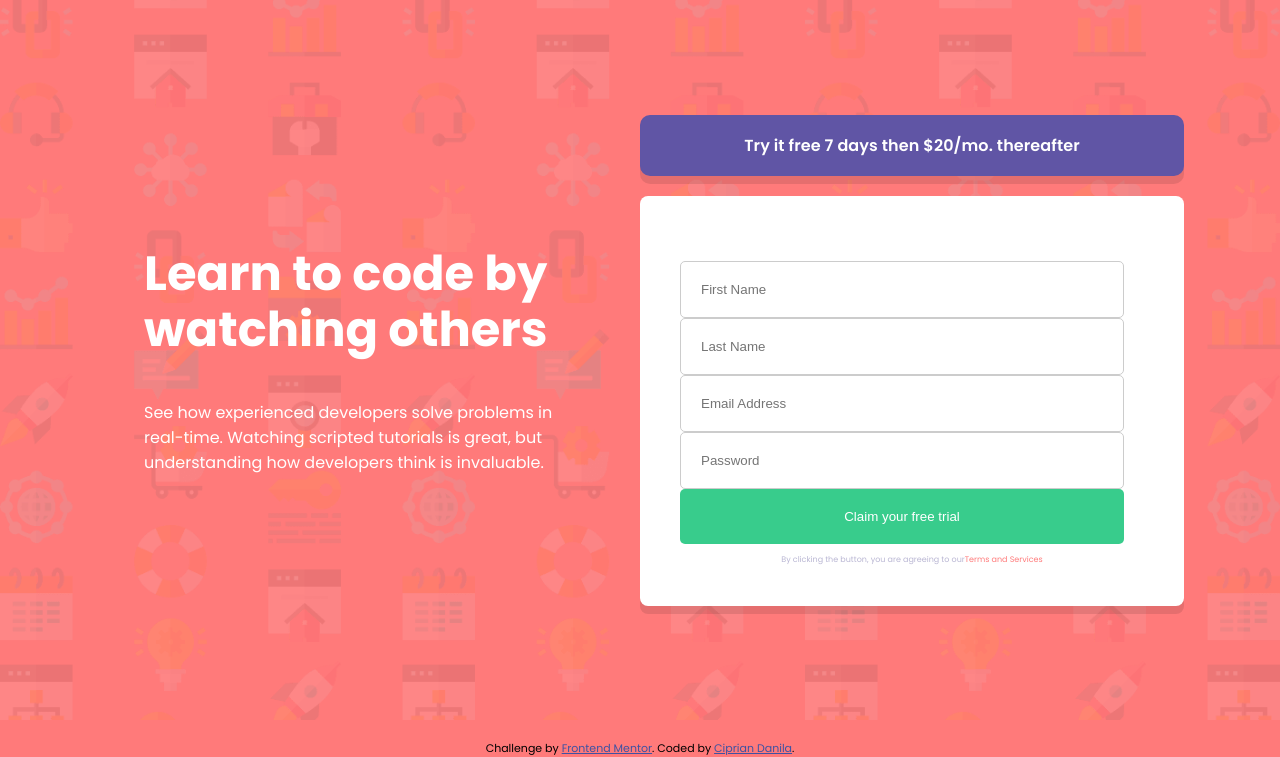
Repository: cipdanila/intro-component-with-sign-up-form
Page: index.html
These files come from the project's save history. The page is drawn as it stood at one moment and after the next save; the edit follows.
The browser window is 1280 px wide. The pictures show the whole page.

Above is the page before, as saved 2024-02-14 15:07:17.

### index.html
<!DOCTYPE html>
<html lang="en">
    <head>
        <meta charset="UTF-8" />
        <meta name="viewport" content="width=device-width, initial-scale=1.0" />
        <!-- displays site properly based on user's device -->

        <link rel="icon" type="image/png" sizes="32x32" href="./images/favicon-32x32.png" />
        <link rel="stylesheet" href="styles.css" />
        <title>Frontend Mentor | Intro component with sign up form</title>
    </head>
    <body>
        <main>
            <div class="container">
                <section class="info">
                    <h1>Learn to code by watching others</h1>
                    <p>
                        See how experienced developers solve problems in real-time. Watching scripted tutorials is great, but
                        understanding how developers think is invaluable.
                    </p>
                </section>
                <section class="container-form">
                    <h2>Try it free 7 days then $20/mo. thereafter</h2>
                    <div class="form">
                        <form action="">
                            <label for="fname"> </label><br />
                            <input type="text" name="fname" id="fname" class="input-field" placeholder="First Name" required />
                            <span class="error-message" id="fname-error">First Name cannot be empty</span>
                            <label for="lname"> </label><br />
                            <input type="text" name="lname" id="lname" placeholder="Last Name" required />
                            <span class="error-message" id="lname-error">Last Name cannot be empty</span>
                            <label for="email"> </label><br />
                            <input type="email" name="email" id="email" placeholder="Email Address" required />
                            <span class="error-message" id="email-error">Looks like this is not an email</span>
                            <span class="error-message" id="email-error2">Email Adress cannot be empty</span>
                            <label for="password"></label>
                            <input type="password" name="password" id="password" placeholder="Password" required />
                            <span class="error-message" id="password-error">Password cannot be empty</span>
                            <input type="button" id="google-login-button" value="Claim your free trial" />
                            <p>By clicking the button, you are agreeing to our <span>Terms and Services</span></p>
                        </form>
                    </div>
                </section>
            </div>
        </main>

        <footer>
            <div class="attribution">
                Challenge by
                <a
                    href="https://www.frontendmentor.io/challenges/intro-component-with-signup-form-5cf91bd49edda32581d28fd1/hub"
                    target="_blank"
                    rel="noopener noreferer"
                    >Frontend Mentor</a
                >. Coded by <a href="https://github.com/cipdanila" target="_blank" rel="noopener noreferer">Ciprian Danila</a>.
            </div>
        </footer>
    </body>
</html>

### styles.css
@import url("https://fonts.googleapis.com/css2?family=Poppins:wght@400;500;600;700&display=swap");

:root {
    /* Colors */
    /* Primary */
    --red: hsl(0, 100%, 74%);
    --green: hsl(154, 59%, 51%);
    /* Accent */
    --blue: hsl(248, 32%, 49%);
    /* Neutral */
    --dark-blue: hsl(249, 10%, 26%);
    --grayish-blue: hsl(246, 25%, 77%);
    --white: #fff;
    /* Other variables */
    --font-size-base: 1rem; /* 16px */
    --font-weight-base: 400;
}

*,
*::after,
*::before {
    margin: 0;
    padding: 0;
    box-sizing: border-box;
}

body,
html {
    font-family: "Poppins", sans-serif;
    font-size: var(--font-size-base);
    font-weight: var(--font-weight-base);
    background-color: var(--red);
}
main {
    display: flex;
    justify-content: center;
    align-items: center;
    height: 100vh;
    background-color: var(--red);
    background-image: url("./images/bg-intro-desktop.png");
    background-size: cover;
    background-position: center;
    width: 100%;
}

.container {
    display: flex;
    flex-direction: row;
    align-items: center;
    justify-content: center;
    padding: 6rem;
}

section {
    max-width: 100%;
    width: 50%;
    display: flex;
    flex-direction: column;
    align-items: center;
    justify-content: center;
}

.info {
    padding: 2rem;
}

.form {
    background-color: #fff;
    padding: 2.5rem;
    border-radius: 0.5rem;
    box-shadow: rgba(0, 0, 0, 0.1) 0px 0.5rem;
    display: flex;
    flex-direction: column;
    align-items: center;
    justify-content: center;
}

h1 {
    font-size: 3rem;
    font-weight: 700;
    color: #fff;
    line-height: 3.5rem;
    padding: 1rem;
}

.info p {
    color: var(--white);
    padding: 1rem;
}

h2 {
    width: 100%;
    font-size: 1rem;
    font-weight: 600;
    letter-spacing: 0.1px;
    box-shadow: rgba(0, 0, 0, 0.1) 0px 0.5rem;
    display: flex;
    align-items: center;
    justify-content: center;
    background-color: var(--blue);
    color: #fff;
    padding: 1.125rem;
    border-radius: 0.625rem;
    margin-bottom: 1.25rem;
}

p {
    margin-top: 10px;
}


input[type="text"],
input[type="email"],
input[type="password"],
input[type="button"] {
    width: calc(100% - 1.25rem);
    padding: 1.25rem;
    /* margin: 10px; */
    border-radius: 5px;
    border: 1px solid #ccc;
    color: var(--dark-blue);
}

input {
    border-style: none;
    outline: none;
}

input:focus {
    border: 1px solid var(--blue);
}

.input-field {
    border: 1px solid var(--dark-blue);
}

.input-field.input-error {
    border-color: var(--red);
}

.input-field.input-error::after {
    content: "";
    position: absolute;
    top: 50%;
    right: 10px;
    transform: translateY(-50%);
    width: 10px;
    height: 10px;
    background-image: url(./images/icon-error.svg);
    background-size: contain;
    background-color: var(--red);
    border-radius: 50%;
}

.error-message {
    display: none;
    color: var(--red);
    font-size: 12px;
    margin-top: 5px;
}

.error-message.show {
    display: block;
}

input[type="button"] {
    background-color: var(--green);
    color: #fff;
    cursor: pointer;
    border: none;
}

input[type="button"]:hover {
    background-color: hsl(154, 59%, 68%);
    cursor: pointer;
}

form p {
    color: var(--grayish-blue);
    font-size: 0.5rem;
    display: flex;
    align-items: center;
    justify-content: center;
}

span {
    color: var(--red);
}

footer {
    margin-top: 20px;
    text-align: center;
}

.attribution {
    font-size: 11px;
    text-align: center;
}

.attribution a {
    color: hsl(228, 45%, 44%);
}

After the next save:
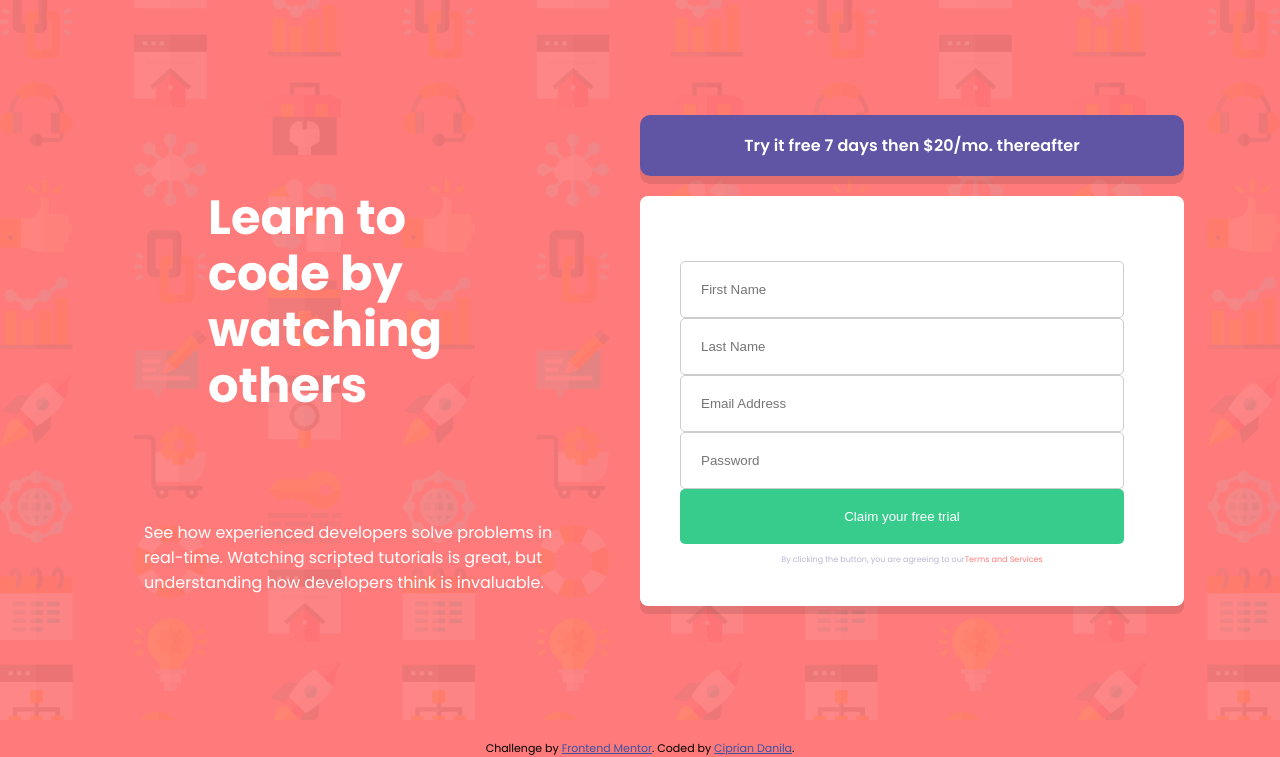
Saved 52 s later.
--- a/styles.css
+++ b/styles.css
@@ -80,7 +80,7 @@
     font-weight: 700;
     color: #fff;
     line-height: 3.5rem;
-    padding: 1rem;
+    padding: 5rem;
 }
 
 .info p {
